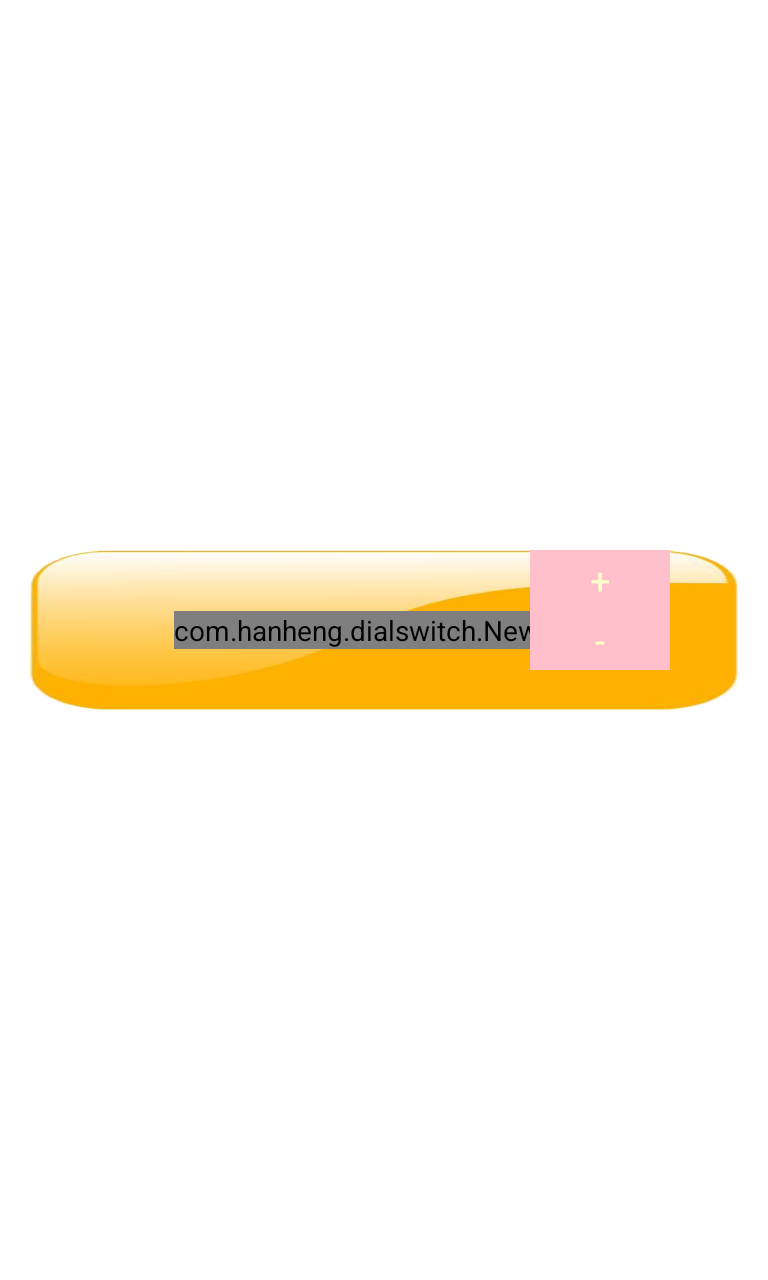
Repository: CovaWang/temporary_embedded
Layout: 7#车联·共享单车/代码/代码/res/layout/display.xml
The author's editor kept a copy of each file at every save. The layout is drawn from the files as they stood at one save, then again after the next save.
Pictures or frames that could not be fetched are drawn as grey boxes. It is drawn on a 768 x 1280 px phone screen (xhdpi) without system bars, with theme AppTheme; the app's code is not run.

Above is the layout before, as saved 2024-05-15 11:55:54.

### 7#车联·共享单车/代码/代码/res/layout/display.xml
<?xml version="1.0" encoding="utf-8"?>
<LinearLayout xmlns:android="http://schemas.android.com/apk/res/android"
    android:layout_width="match_parent"
    android:layout_height="match_parent"
    android:gravity="center"
    android:orientation="vertical">

  <RelativeLayout
        android:layout_width="wrap_content"
        android:layout_height="80dp"
        android:layout_marginBottom="10dp"
        android:background="@drawable/btn">

        <com.hanheng.dialswitch.NewText
            android:layout_width="wrap_content"
            android:layout_height="wrap_content"
            android:layout_centerInParent="true"
            android:gravity="center"
            android:text="8888"
            android:textColor="#66C0C0C0"
            android:textSize="60dp"
            android:textStyle="bold" />

        <com.hanheng.dialswitch.NewText
            android:id="@+id/counterText"
            android:layout_width="wrap_content"
            android:layout_height="wrap_content"
            android:layout_centerInParent="true"
            android:layout_marginTop="5dp"
            android:gravity="center"
            android:text="0000"
            android:textSize="60dp"
            android:textStyle="bold" />

        <Button
        android:id="@+id/temp_btn_plus"
        android:layout_width="70dp"
        android:layout_height="30dp"
        android:layout_marginTop="0dp"
        android:layout_marginLeft="250dp"
        android:background="#FFC0CB"
        android:text="+"
        android:textColor="#FFC" />

        <Button
        android:id="@+id/temp_btn_sub"
        android:layout_width="70dp"
        android:layout_height="30dp"
        android:layout_marginTop="30dp"
        android:layout_marginLeft="250dp"
        android:background="#FFC0CB"
        android:text="-"
        android:textColor="#FFC" />
    </RelativeLayout>

</LinearLayout>

### 7#车联·共享单车/代码/代码/res/values/styles.xml
<resources>

    <!--
        Base application theme, dependent on API level. This theme is replaced
        by AppBaseTheme from res/values-vXX/styles.xml on newer devices.

    -->
    <style name="AppBaseTheme" parent="android:Theme.Light">
        <!--
            Theme customizations available in newer API levels can go in
            res/values-vXX/styles.xml, while customizations related to
            backward-compatibility can go here.

        -->
    </style>

    <!-- Application theme. -->
    <style name="AppTheme" parent="AppBaseTheme">
        <!-- All customizations that are NOT specific to a particular API-level can go here. -->
    </style>
    <!-- 高宽都包裹内容 -->
    <style name="wrapcontent">
        <item name="android:layout_width">wrap_content</item>
        <item name="android:layout_height">wrap_content</item>
    </style>

    <!-- 自定义对话框样式 -->
    <style name="dialog_custom" parent="android:style/Theme.Dialog">
        <item name="android:windowFrame">@null</item>
        <item name="android:windowNoTitle">true</item>
        <item name="android:background">#00000000</item>
        <item name="android:windowBackground">@android:color/transparent</item>
    </style>
    <!-- TextView 16sp样式 -->
    <style name="textview16sp" parent="wrapcontent">
        <item name="android:textSize">16sp</item>
        <item name="android:gravity">center_vertical</item>
    </style>

    <!-- TextView 14sp样式 -->
    <style name="textview12sp" parent="wrapcontent">
        <item name="android:textSize">12sp</item>
        <item name="android:gravity">center_vertical</item>
    </style>
    <!-- TextView 14sp样式 -->
    <style name="textview14sp" parent="wrapcontent">
        <item name="android:textSize">14sp</item>
        <item name="android:gravity">center_vertical</item>
    </style>

    <!-- 宽度为0dp,高度为包裹内容，权重为1 -->
    <style name="zero_widthwrapcontent">
        <item name="android:layout_width">0dp</item>
        <item name="android:layout_height">wrap_content</item>
        <item name="android:layout_weight">1</item>
    </style>

    <!-- 黄色14sp,图片间距为5dp的textview -->
    <style name="tvyellow14sp" parent="zero_widthwrapcontent">
        <item name="android:textSize">14sp</item>
        <item name="android:drawablePadding">3dp</item>
        <item name="android:gravity">center</item>
        <item name="android:textColor">@color/bright_yellow</item>
    </style>

</resources>

Loaded but not shown: 7#车联·共享单车/代码/代码/res/values-v11/styles.xml (common file); 7#车联·共享单车/代码/代码/res/values-v14/styles.xml (common file)

After the next save:
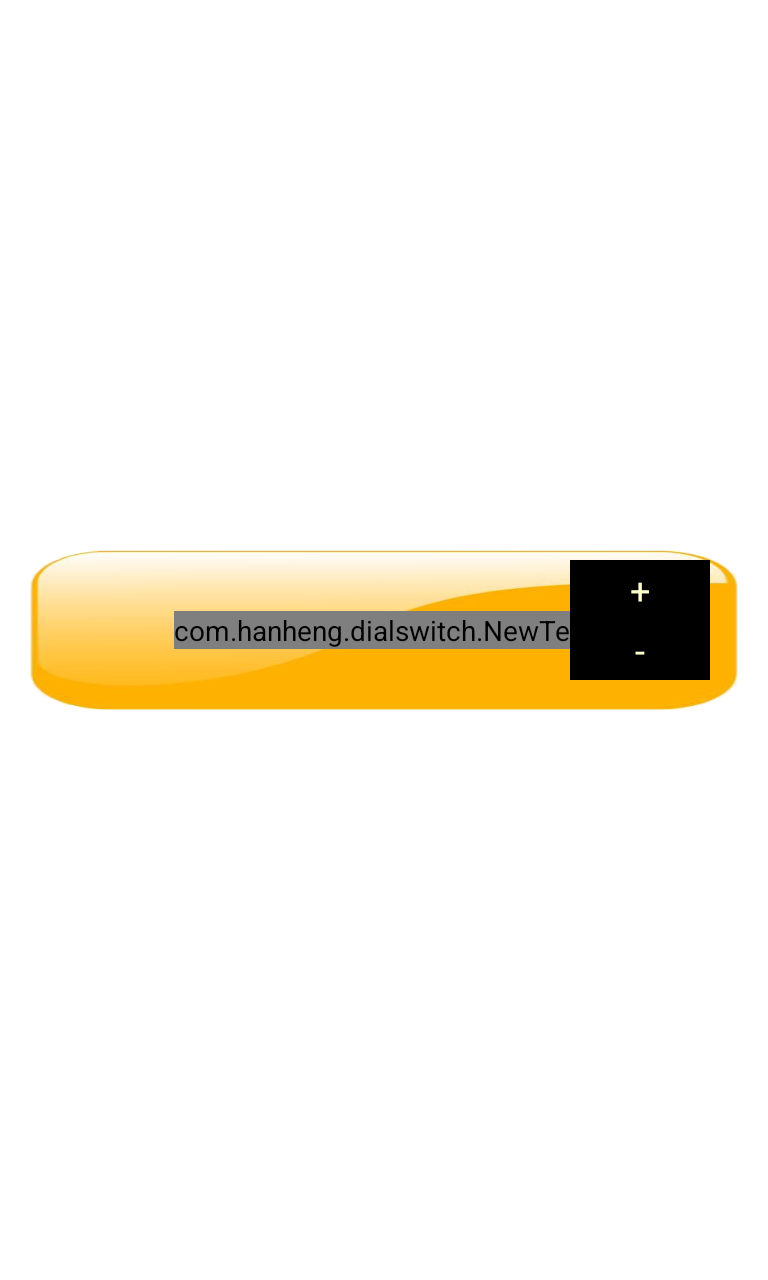
Saved 56 s later.
--- a/7#车联·共享单车/代码/代码/res/layout/display.xml
+++ b/7#车联·共享单车/代码/代码/res/layout/display.xml
@@ -36,9 +36,9 @@
         android:id="@+id/temp_btn_plus"
         android:layout_width="70dp"
         android:layout_height="30dp"
-        android:layout_marginTop="0dp"
-        android:layout_marginLeft="250dp"
-        android:background="#FFC0CB"
+        android:layout_marginTop="5dp"
+        android:layout_marginLeft="270dp"
+        android:background="#000000"
         android:text="+"
         android:textColor="#FFC" />
 
@@ -46,9 +46,9 @@
         android:id="@+id/temp_btn_sub"
         android:layout_width="70dp"
         android:layout_height="30dp"
-        android:layout_marginTop="30dp"
-        android:layout_marginLeft="250dp"
-        android:background="#FFC0CB"
+        android:layout_marginTop="35dp"
+        android:layout_marginLeft="270dp"
+        android:background="#000000"
         android:text="-"
         android:textColor="#FFC" />
     </RelativeLayout>
